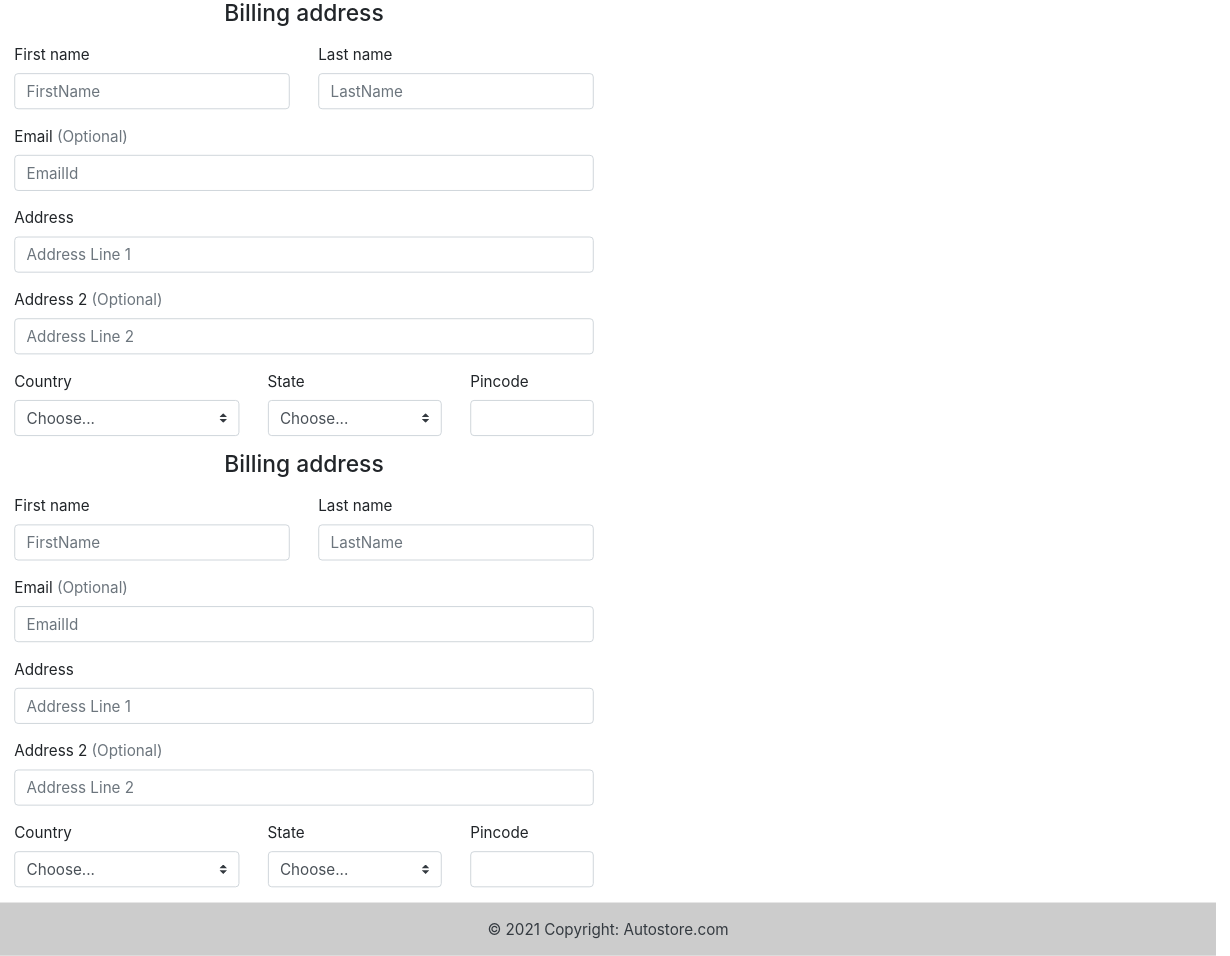
Repository: pravinsakthivel/ecommerce
Page: /checkout
The author's editor kept a copy of each file at every save. The page is drawn from the files as they stood at one save, then again after the next save.
The browser window is 1280 px wide. The page is 1295 px wide, so the pictures cover 1295 px, including what lies to the right of the window. The pictures show the whole page, at 95% of full size.
The project was rebuilt for these pictures with package versions that can differ from the ones it lists, and the page was loaded fresh each time. Also part of the build but not shown: src/components/UI/BaseButton.vue, src/components/ProductItem.vue, src/components/UI/ShoppingCartIcon.vue, src/components/UI/NavigationBar.vue, src/components/UI/SearchBar.vue, src/components/ProductDescriptionModal.vue, src/components/ProductList.vue, src/components/CartList.vue and 5 more.

Above is the page before, as saved 2021-04-10 22:20:40.

After the next save:
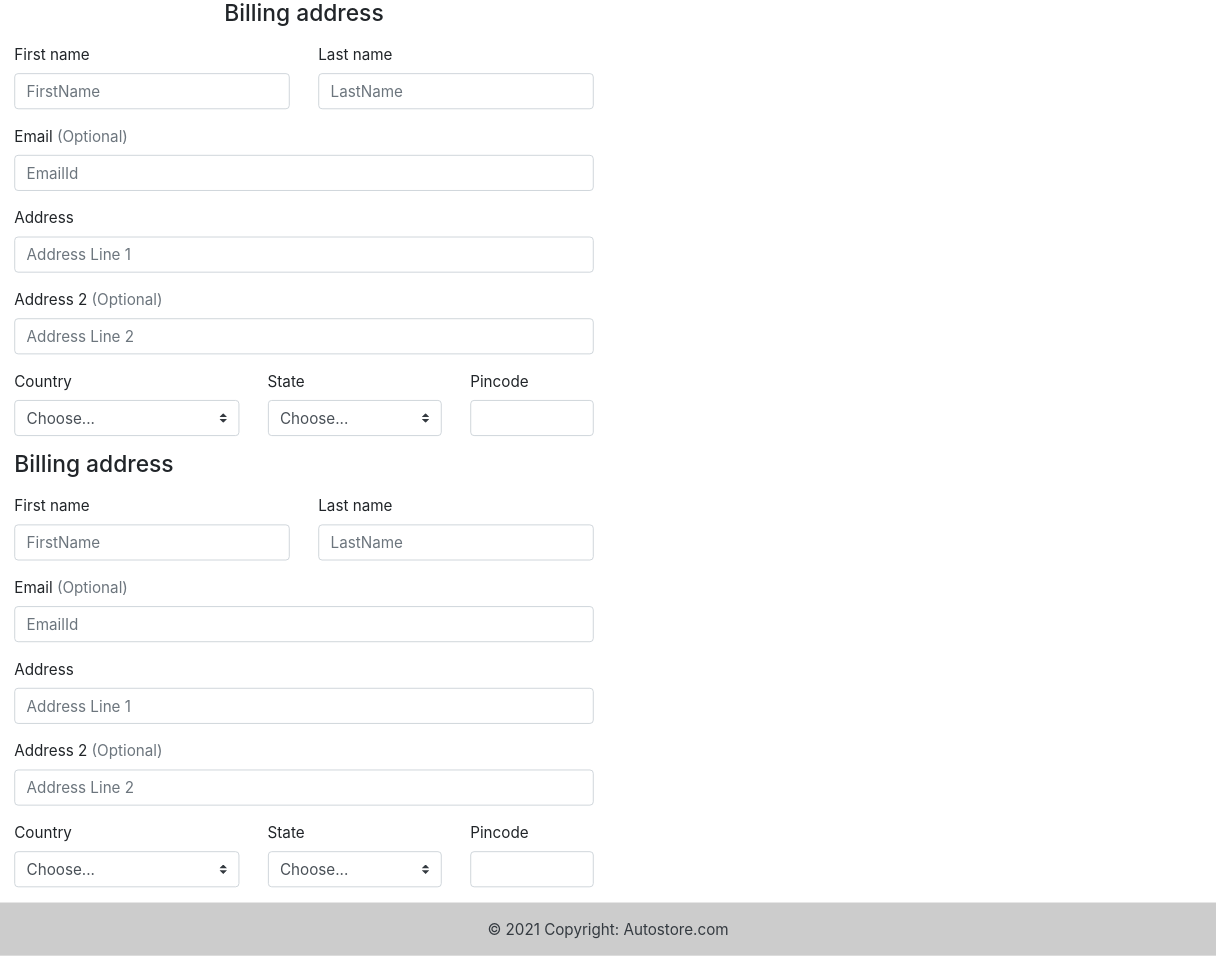
Saved 26 s later.
--- a/src/components/CheckoutPage.vue
+++ b/src/components/CheckoutPage.vue
@@ -93,7 +93,7 @@
 
     </div>
     <div class="col-md-6 ">
-      <h4 class="mb-3 text-center">Billing address</h4>
+      <h4 class="mb-3 ">Billing address</h4>
       <form>
         <div class="row">
           <div class="col-md-6 mb-3">
